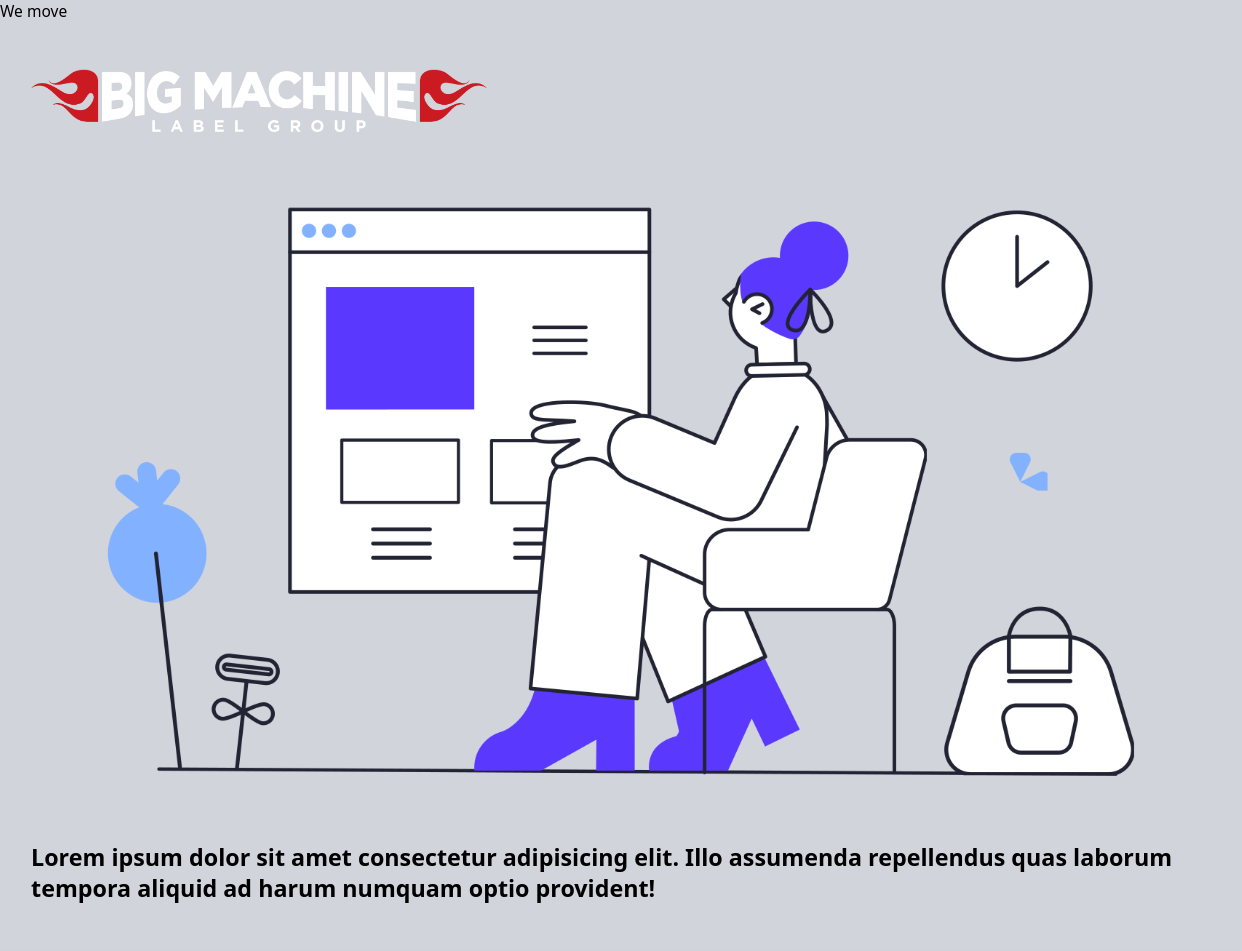
Repository: thasquirrie/fanmanagement
Page: / (app in frontend/)
An editor plug-in stored every save of this project. The page is shown before and after the next save, followed by the edit.
The browser window is 1280 px wide. The pictures show the whole page, at 97% of full size.
The project was rebuilt for these pictures with package versions that can differ from the ones it lists, and the page was loaded fresh each time. A package was used in the major version that the imports need, not the one package.json lists. Also part of the build but not shown: frontend/craco.config.js, frontend/src/App.css.

Above is the page before, as saved 2021-05-25 14:08:58.

After the next save:
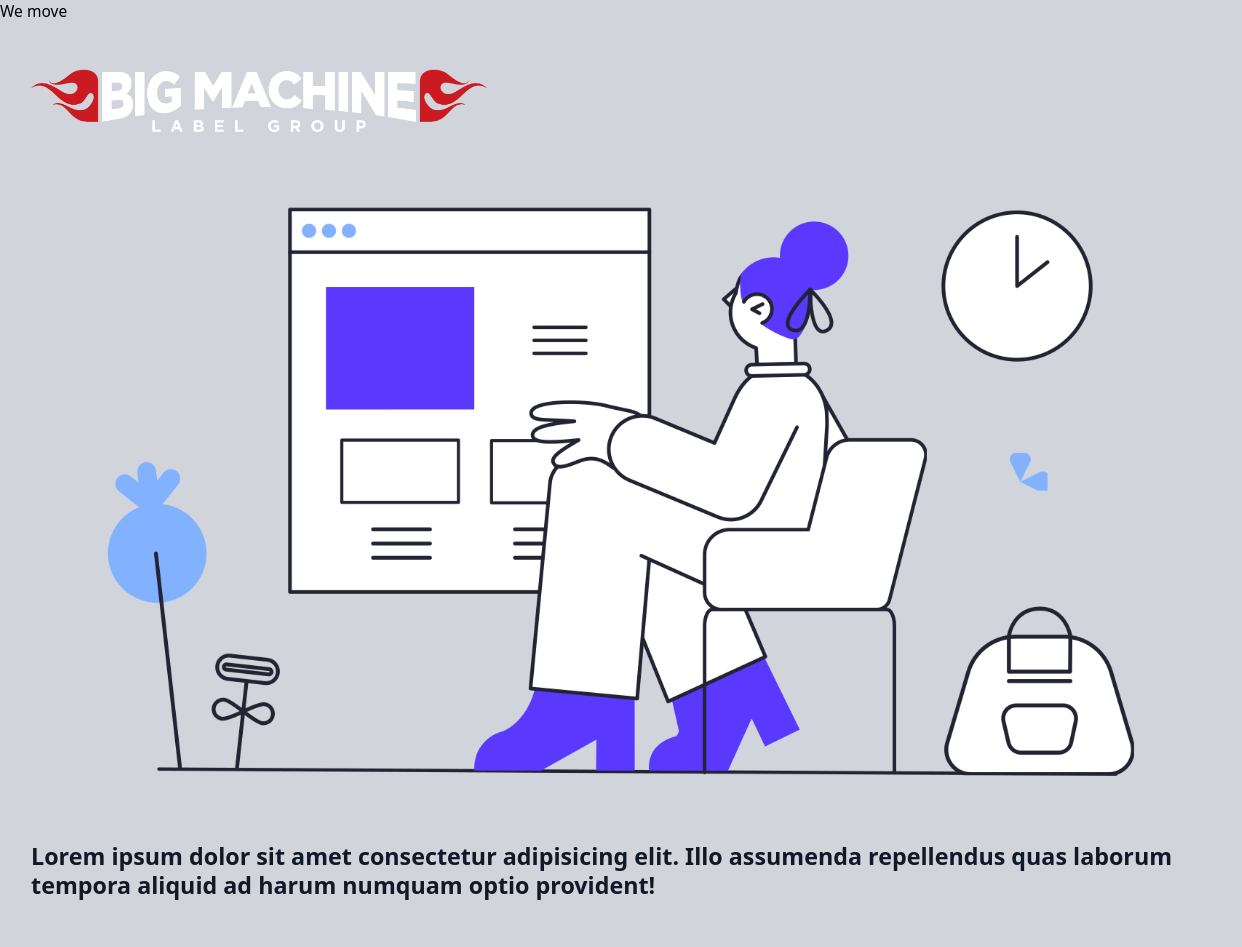
Saved 55 s later.
--- a/frontend/src/screens/HomeScreen.jsx
+++ b/frontend/src/screens/HomeScreen.jsx
@@ -10,7 +10,7 @@
      src='/img/pablita-522.png'
      alt='Woman organizing shadow-xl'
     />
-    <h1 className='mt-6 text-2xl font-bold'>
+    <h1 className='mt-6 text-2xl font-bold text-gray-900 leading-tight'>
      Lorem ipsum dolor sit amet consectetur adipisicing elit. Illo assumenda
      repellendus quas laborum tempora aliquid ad harum numquam optio provident!
     </h1>
